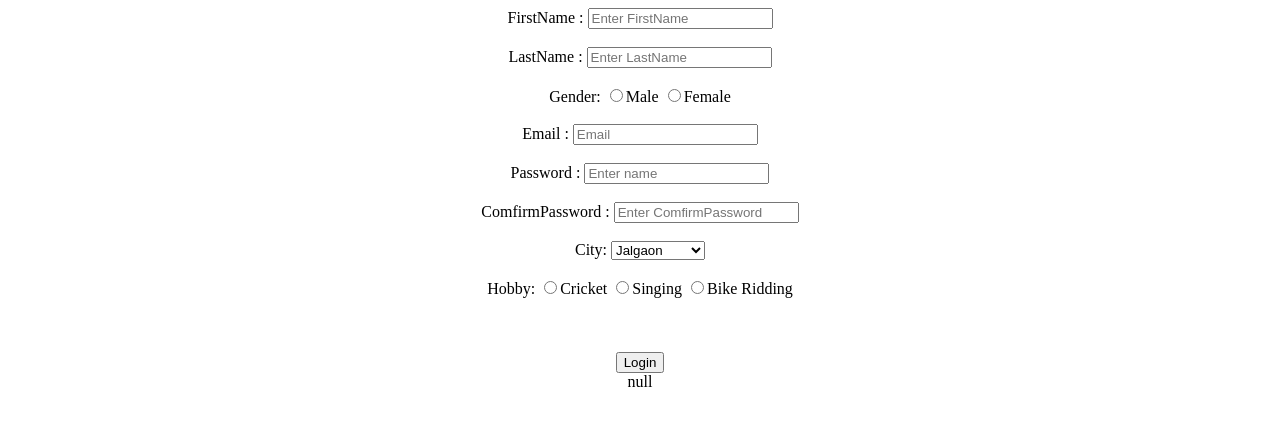
Repository: yogendra-dashore/java-ism
Page: http://localhost/23-ism-jee/Registration.jsp
The author's editor kept a copy of each file at every save. The page is drawn from the files as they stood at one save, then again after the next save.
The browser window is 1280 px wide. The pictures show the whole page.
The page is served by Tomcat 9. Other server files are loaded and not shown.

Above is the page before, as saved 2023-04-03 04:37:57.

### 23-ism-jee/src/main/webapp/Registration.jsp
<%@ page language="java" contentType="text/html; charset=UTF-8"
    pageEncoding="UTF-8"%>
<!DOCTYPE html>
<html>
<head>
<meta charset="UTF-8">
<title>Insert title here</title>
</head>
<body align="center">

	<%
		String error = (String)request.getAttribute("error");
	%>

<form action="Registration" method="post" >

FirstName : <input type="text" name="FirstName" placeholder="Enter FirstName"><br><br>
LastName : <input type="text" name="LastName" placeholder="Enter LastName"><br><br>
Gender:
  <input type="radio" id="gender1" name="Gender" value="Male">Male
  <input type="radio" id="gender2" name="Gender" value="Female">Female<br><br>

Email : <input type="text" name="Email" placeholder="Email"><br><br>
Password : <input type="Password" name="Password" placeholder="Enter name"><br><br>
ComfirmPassword : <input type="ComfirmPassword" name="ComfirmPassword" placeholder="Enter ComfirmPassword"><br><br>
<label for="City">City:</label>
    <select id="city" name="city">
    <option value="Jalgaon">Jalgaon</option>
    <option value="Pune">Pune</option>
    <option value="Mumbai">Mumbai</option>
    <option value="Ahmedabad">Ahmedabad</option>
  </select><br><br>


Hobby:
  <input type="radio" id="hobbi1" name="Hobbi" value="Cricket">Cricket

  <input type="radio" id="hobbi2" name="Hobbi" value="60">Singing

  <input type="radio" id="hobbi3" name="Hobbi" value="100">Bike Ridding<br><br>

<br><br>
<input type="submit" value="Login">


</form>
<%=error%>

</body>
</html>

After the next save:
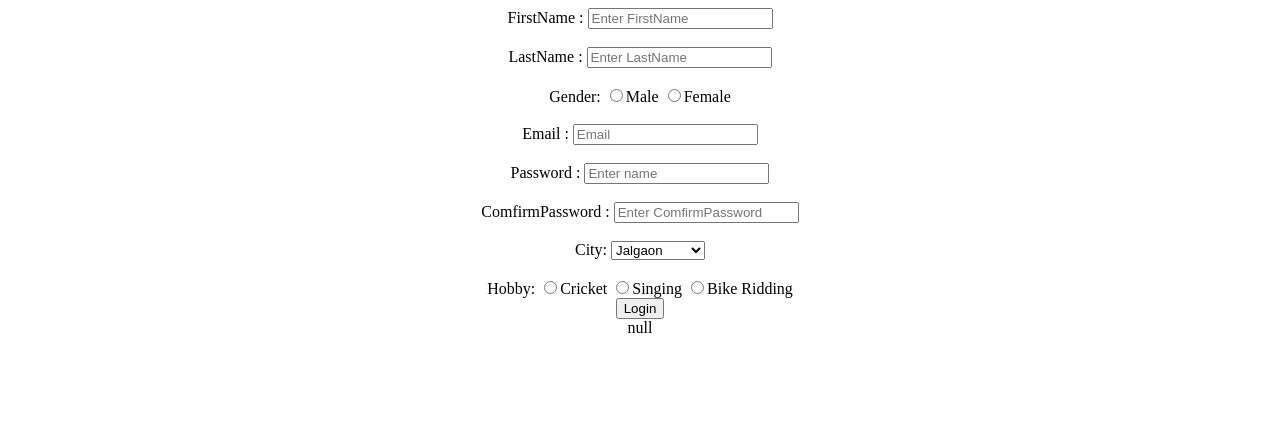
Saved 45 s later.
--- a/23-ism-jee/src/main/webapp/Registration.jsp
+++ b/23-ism-jee/src/main/webapp/Registration.jsp
@@ -37,9 +37,8 @@ Hobby:
 
   <input type="radio" id="hobbi2" name="Hobbi" value="60">Singing
 
-  <input type="radio" id="hobbi3" name="Hobbi" value="100">Bike Ridding<br><br>
+  <input type="radio" id="hobbi3" name="Hobbi" value="100">Bike Ridding<br>
 
-<br><br>
 <input type="submit" value="Login">
 
 
